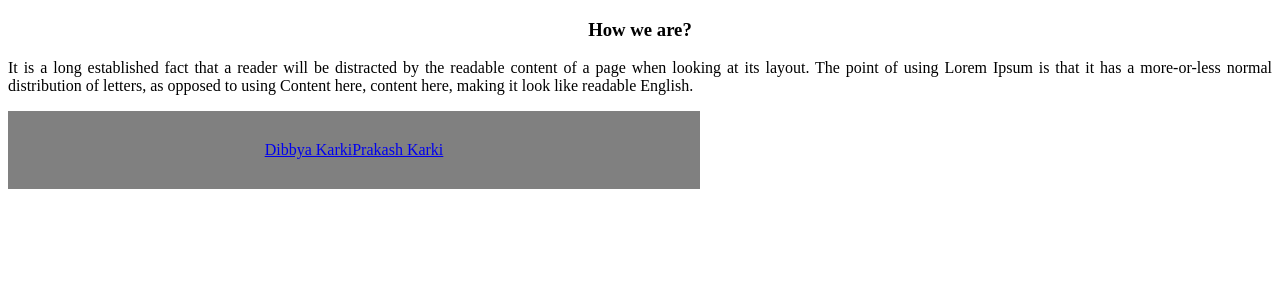
Repository: Dibbya65/Django-Basic
Page: http://localhost/about/
The author's editor kept a copy of each file at every save. The page is drawn from the files as they stood at one save, then again after the next save.
The browser window is 1280 px wide. The pictures show the whole page.
The page is served by the project's application, run on Django 3.2 (manage.py). Other server files are loaded and not shown.

Above is the page before, as saved 2021-11-14 03:09:43.

### base/templates/base/about.html
{% extends "layouts/master.html" %}

{% block title %} About Us {% endblock title %}

{% block content %}
<h3 style="text-align:center">{{about_page_title}}</h3>
<p style="text-align:justify">{{about_page_description}}</p>
{%if teams %}
<div style="width:50%;display:flex;justify-content:center;align-items:center;background-color:gray;padding:30px;">
{%for team in teams %}
    <a href="{% url 'about-detail' team.id %}">{{ team.name}}</a>
{%endfor%}
</div>
{%else%}
<p>No teams</p>
{%endif%}
{% endblock content %}

### templates/layouts/master.html
<!DOCTYPE html>
<html lang="en">
  <head>
    <meta charset="UTF-8" />
    <meta http-equiv="X-UA-Compatible" content="IE=edge" />
    <meta name="viewport" content="width=device-width, initial-scale=1.0" />
    <title>MySite | {% block title %} {% endblock %}</title>
  </head>
  <body>
    {% block content %}{% endblock %}
  </body>
</html>

### base/views.py
from django.shortcuts import render

# Create your views here.

teams = [
    {'id': 1, 'name': 'Dibbya Karki'},
    {'id': 2, 'name': 'Prakash Karki'}
]

about_page_title = 'How we are?'
about_page_description = 'It is a long established fact that a reader will be distracted by the readable content of a page when looking at its layout. The point of using Lorem Ipsum is that it has a more-or-less normal distribution of letters, as opposed to using Content here, content here, making it look like readable English.'


def home(request):
    return render(request, 'base/home.html')


def about(request):
    context = {'about_page_title': about_page_title,
               'about_page_description': about_page_description, 'teams': teams}
    return render(request, 'base/about.html', context)


def aboutdetail(request, pk):
    team = None
    for i in teams:
        if(i['id']) == int(pk):
            team = i
    context = {'team': team}
    return render(request, 'base/single-team.html', context)

### studybud/urls.py
"""studybud URL Configuration

The `urlpatterns` list routes URLs to views. For more information please see:
    https://docs.djangoproject.com/en/3.2/topics/http/urls/
Examples:
Function views
    1. Add an import:  from my_app import views
    2. Add a URL to urlpatterns:  path('', views.home, name='home')
Class-based views
    1. Add an import:  from other_app.views import Home
    2. Add a URL to urlpatterns:  path('', Home.as_view(), name='home')
Including another URLconf
    1. Import the include() function: from django.urls import include, path
    2. Add a URL to urlpatterns:  path('blog/', include('blog.urls'))
"""
from django.contrib import admin
from django.urls import path, include


urlpatterns = [
    path('admin/', admin.site.urls),
    path('', include('base.urls'))
]

### base/urls.py
from django.urls import path
from . import views

urlpatterns = [
    path('', views.home, name="home"),
    path('about/', views.about, name="about"),
    path('about/<str:pk>', views.aboutdetail, name="about-detail"),
]

After the next save:
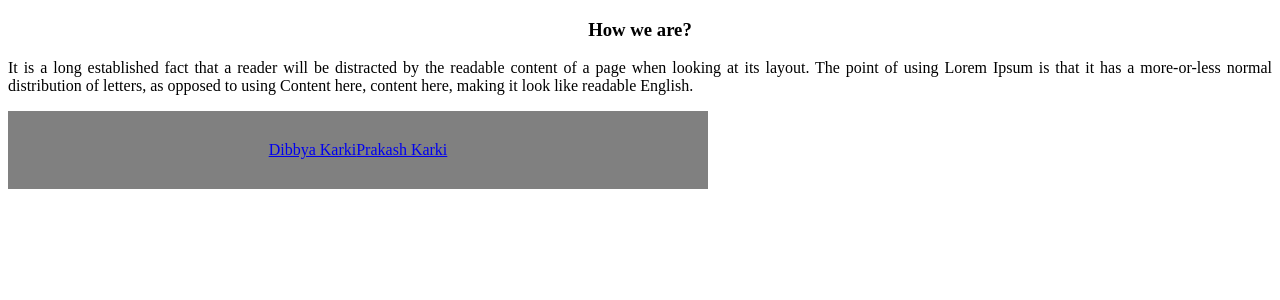
Saved 28 s later.
--- a/base/templates/base/about.html
+++ b/base/templates/base/about.html
@@ -6,7 +6,7 @@
 <h3 style="text-align:center">{{about_page_title}}</h3>
 <p style="text-align:justify">{{about_page_description}}</p>
 {%if teams %}
-<div style="width:50%;display:flex;justify-content:center;align-items:center;background-color:gray;padding:30px;">
+<div style="width:50vw;display:flex;justify-content:center;align-items:center;background-color:gray;padding:30px;">
 {%for team in teams %}
     <a href="{% url 'about-detail' team.id %}">{{ team.name}}</a>
 {%endfor%}
